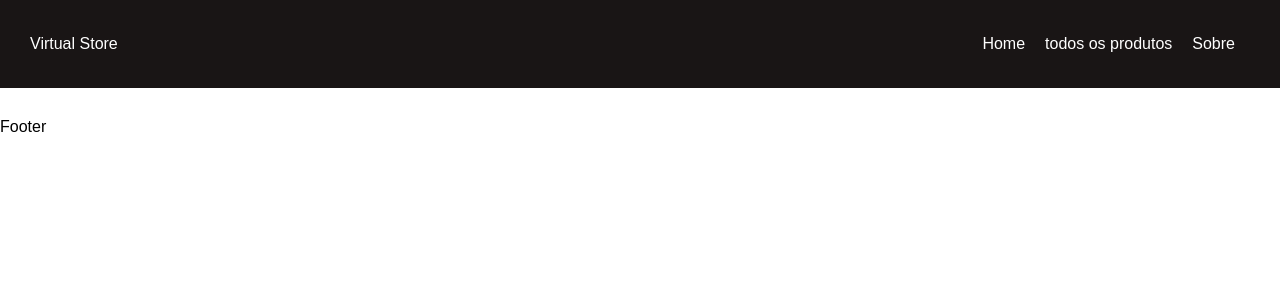
Repository: meiotera/virtuL-store
Page: /lista-de-produtos
The author's editor kept a copy of each file at every save. The page is drawn from the files as they stood at one save, then again after the next save.
The browser window is 1280 px wide. The pictures show the whole page.
The page's requests for data from a server got no answer. The project was rebuilt for these pictures with package versions that can differ from the ones it lists, and the page was loaded fresh each time. No one was signed in, and anything a server would have sent is missing. Also part of the build but not shown: vite.config.js, src/pages/Home.jsx, src/styles/ProductCard.module.css, src/styles/Button.module.css, src/components/Button.jsx, src/components/ProductCard.jsx.

Above is the page before, as saved 2025-04-08 14:28:55.

### src/index.css
* {
  margin: 0;
  padding: 0;
  list-style: none;

  font-family: Arial, Helvetica, sans-serif;
}

body {
  margin: 0 auto;
}

### src/App.jsx
import { BrowserRouter, Link, Route, Routes } from 'react-router-dom';
import Header from './components/Header';
import Main from './components/Main';
import Footer from './components/Footer';
import Home from './pages/Home';
import ProductList from './pages/ProductList';

function App() {
  return (
    <div>
      <BrowserRouter>
        <Header />

        <Main>
          <Routes>
            <Route path="/" element={<Home />} />
            <Route path="/lista-de-produtos" element={<ProductList />} />
          </Routes>
        </Main>

        <Footer />
      </BrowserRouter>
    </div>
  );
}

export default App;

### src/components/Header.jsx
import React from 'react';
import styles from '../styles/Header.module.css';

const Header = () => {
  return (
    <header className={styles.header}>
      <div>Virtual Store</div>

      <div className={styles.navContainer}>
        <nav>
          <a href="">Home</a>
          <a href="">todos os produtos</a>
          <a href="">Sobre</a>
        </nav>
      </div>
    </header>
  );
};

export default Header;

### src/components/Main.jsx
import React from 'react';

const Main = ({ children }) => {
  return <main>{children}</main>;
};

export default Main;

### src/pages/ProductList.jsx
import React, { useEffect, useState } from 'react';
import { getAllProducts } from '../services/api';
import ProductCard from '../components/ProductCard';

import styles from '../styles/ProductList.module.css';

const ProductList = () => {
  const [products, setProdutcts] = useState([]);

  useEffect(() => {
    const fetchData = async () => {
      const data = await getAllProducts();
      setProdutcts(data);
    };

    fetchData();
  }, []);

  console.log(products);

  return (
    <div className={styles.containerProducts}>
      {products.map((product) => (
        <ProductCard
          key={product.id}
          title={product.title}
          image={product.image}
          rating={product.rating}
          price={product.price}
        />
      ))}
    </div>
  );
};

export default ProductList;

### src/styles/Header.module.css
.header {
  background-color: #191515;
  padding: 30px;
  margin-bottom: 30px;

  color: #fff;

  display: flex;
  justify-content: space-between;
  align-items: center;
  max-width: 1440px;
}

.navContainer nav {
  display: flex;
  align-items: center;
}

.navContainer a {
  padding: 5px;
  margin-right: 10px;
  color: #fff;
  text-decoration: none;
}

### src/services/api.js
const BASE_URL = 'https://fakestoreapi.com';

// buscar todos os produtos
export const getAllProducts = async () => {
  const res = await fetch(`${BASE_URL}/products`);
  const data = await res.json();

  return data;
};

### src/styles/ProductList.module.css
.containerProducts {
  display: flex;
  flex-wrap: wrap;
  gap: 20px;
}

Loaded but not shown: index.html (common file); src/main.jsx (common file); src/components/Footer.jsx (common file)

After the next save:
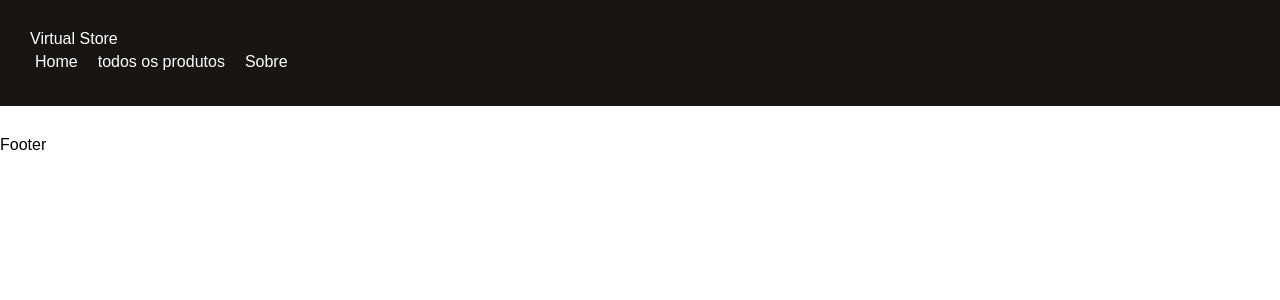
Saved 18 s later.
--- a/src/components/Header.jsx
+++ b/src/components/Header.jsx
@@ -4,14 +4,16 @@ import styles from '../styles/Header.module.css';
 const Header = () => {
   return (
     <header className={styles.header}>
-      <div>Virtual Store</div>
+      <div>
+        <div>Virtual Store</div>
 
-      <div className={styles.navContainer}>
-        <nav>
-          <a href="">Home</a>
-          <a href="">todos os produtos</a>
-          <a href="">Sobre</a>
-        </nav>
+        <div className={styles.navContainer}>
+          <nav>
+            <a href="">Home</a>
+            <a href="">todos os produtos</a>
+            <a href="">Sobre</a>
+          </nav>
+        </div>
       </div>
     </header>
   );
